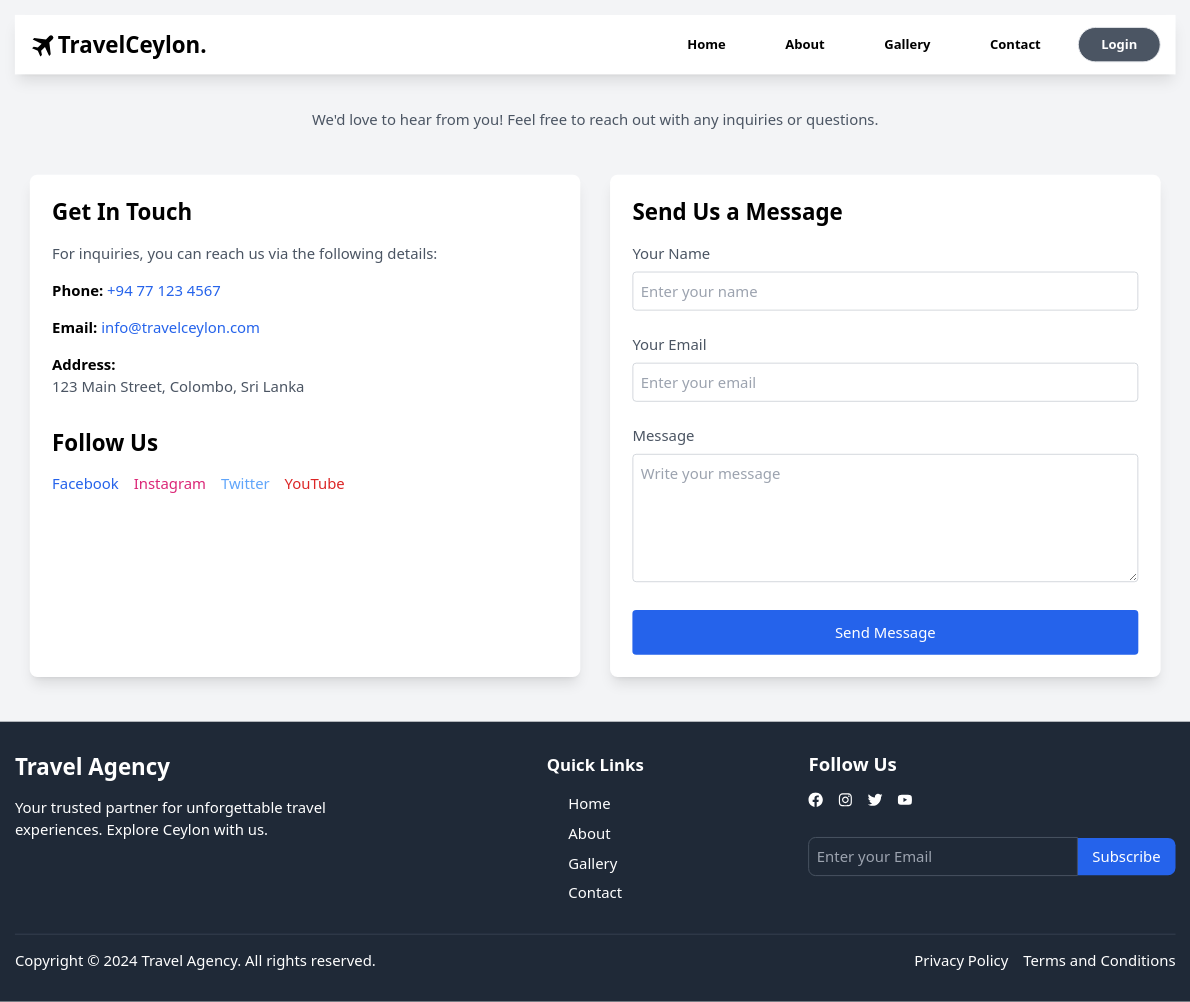
Repository: thisara199/Travel-Agency-Website
Page: /contact
An editor plug-in stored every save of this project. The page is shown before and after the next save, followed by the edit.
The browser window is 1280 px wide. The pictures show the whole page, at 93% of full size.
The project was rebuilt for these pictures with package versions that can differ from the ones it lists, and the page was loaded fresh each time. Also part of the build but not shown: vite.config.js, src/components/HeroSection/HeroSection.jsx, src/components/FeaturedDestination/FeaturedDestination.jsx, src/components/Testimonials/Testimonials.jsx, src/components/Banner/Banner.jsx, src/pages/Home.jsx, src/components/TeamMembers/TeamMembers.jsx, src/pages/About.jsx.

Above is the page before, as saved 2024-09-04 19:49:06.

After the next save:
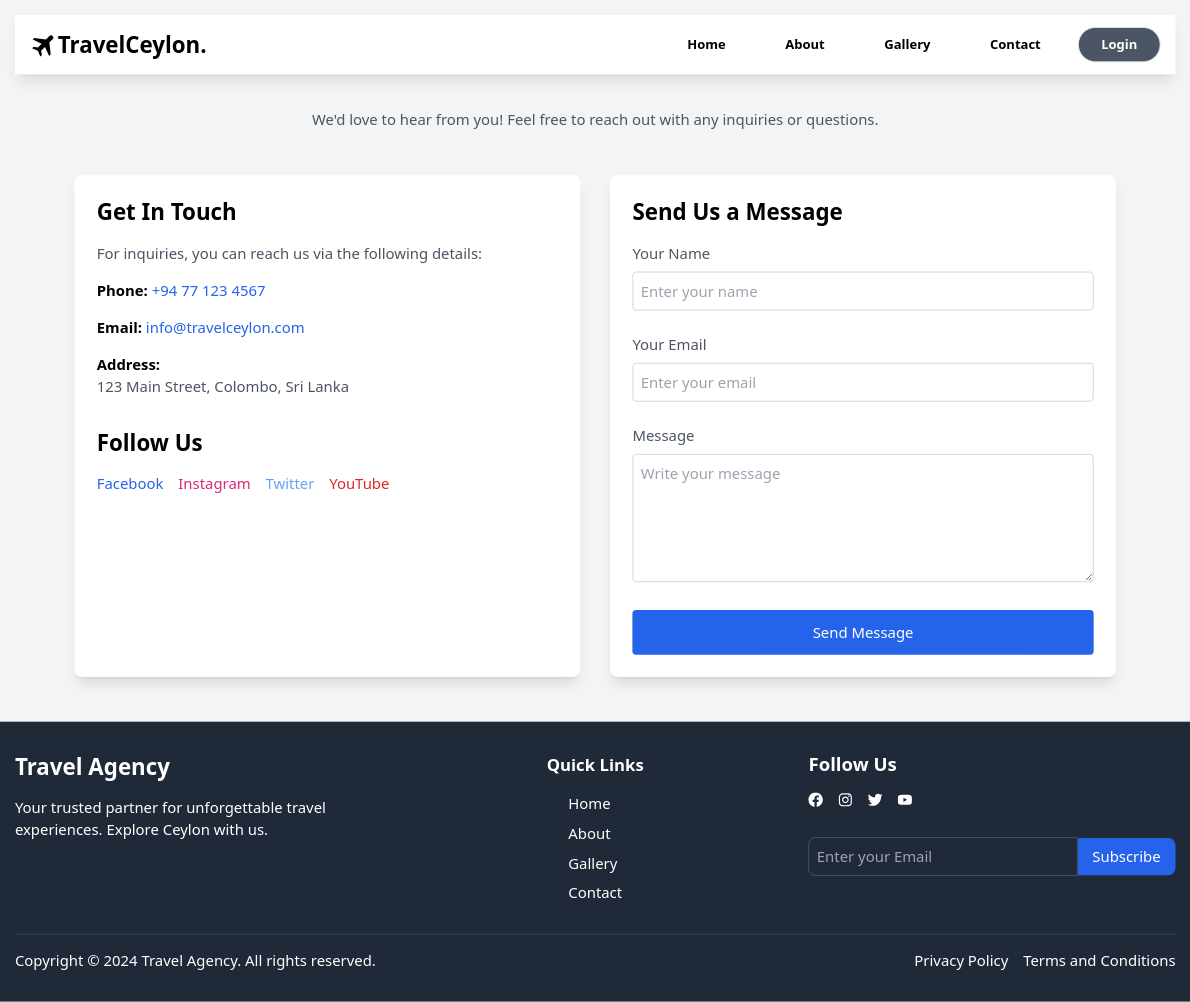
Saved 4 s later.
--- a/src/pages/Contact.jsx
+++ b/src/pages/Contact.jsx
@@ -1,6 +1,6 @@
 const Contact = () => {
   return (
-    <div className="px-4 py-12 overflow-x-hidden bg-gray-100"> {/* Added overflow-x-hidden */}
+    <div className="px-16 py-12 overflow-x-hidden bg-gray-100"> {/* Added overflow-x-hidden */}
       <div className="container max-w-full px-4 mx-auto"> {/* Ensuring full width on all devices */}
         <h2 className="mb-8 text-3xl font-bold text-center">Contact Us</h2>
         <p className="mb-12 text-center text-gray-600">
